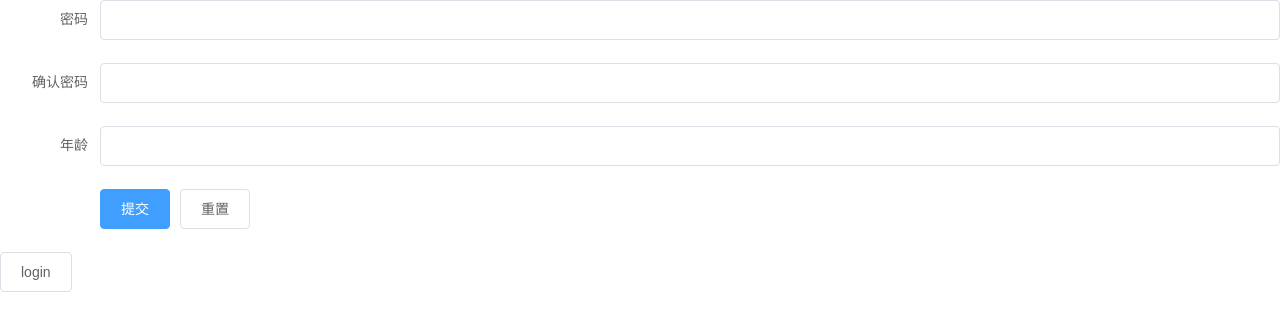
Repository: yuyiyong/study.vue
Page: /#/login
These files come from the project's save history. The page is drawn as it stood at one moment and after the next save; the edit follows.
The browser window is 1280 px wide. The pictures show the whole page.
The project was rebuilt for these pictures with package versions that can differ from the ones it lists, and the page was loaded fresh each time. Also part of the build but not shown: src/pages/Layout/Menu/Menu.vue, src/pages/Main/Main.vue, src/pages/Containt/Containt1.vue, src/pages/Containt/Containt2.vue.

Above is the page before, as saved 2021-03-09 17:44:58.

After the next save:
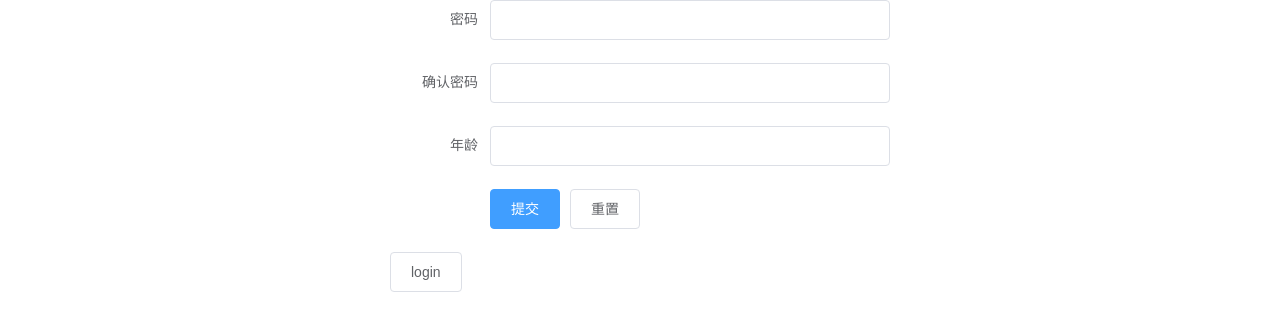
Saved 50 s later.
--- a/src/pages/Login/Login.vue
+++ b/src/pages/Login/Login.vue
@@ -1,6 +1,6 @@
 <!--
  * @LastEditors: yyy_dui
- * @LastEditTime: 2021-03-09 17:44:58
+ * @LastEditTime: 2021-03-09 17:45:48
  * @FilePath: /element_test/src/pages/Login/Login.vue
 -->
 <template>
@@ -119,5 +119,7 @@ export default {
 <style scoped>
 .wrap {
   color: blue;
+  width: 500px;
+  margin: 0 auto;
 }
 </style>
